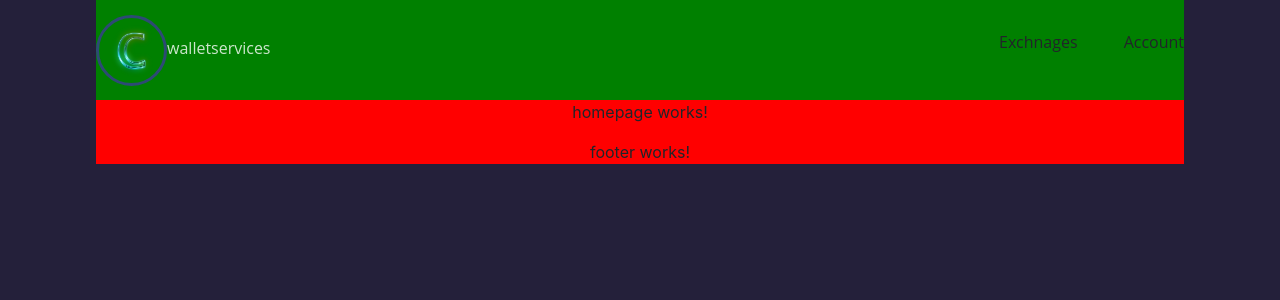
Repository: YuriyBen/Corzbank
Page: / (app in Corzbank.Web/ClientApp/)
These files come from the project's save history. The page is drawn as it stood at one moment and after the next save; the edit follows.
The browser window is 1280 px wide. The pictures show the whole page.
The project was rebuilt for these pictures with package versions that can differ from the ones it lists, and the page was loaded fresh each time. Also part of the build but not shown: Corzbank.Web/ClientApp/angular.json.

Above is the page before, as saved 2022-05-19 19:36:52.

### Corzbank.Web/ClientApp/src/index.html
<!DOCTYPE html>
<html lang="en">
  <head>
    <meta charset="utf-8" />
    <title>Corzbank.Web</title>
    <base href="/" />

    <meta name="viewport" content="width=device-width, initial-scale=1" />
    <link rel="icon" type="image/x-icon" href="favicon.ico" />
  </head>
  <body>
    <app-root>Loading...</app-root>
  </body>
</html>

### Corzbank.Web/ClientApp/src/styles.css
/* You can add global styles to this file, and also import other style files */

/* Provide sufficient contrast against white background */
a {
  color: #0366d6;
}

code {
  color: #e01a76;
}

.btn-primary {
  color: #fff;
  background-color: #1b6ec2;
  border-color: #1861ac;
}
body{
  display: block;
  text-align: -webkit-center;
  background-color: #24203A;
}
.main{
  background-color: red;
  padding: 0;
  width: 85%;
}

### Corzbank.Web/ClientApp/src/app/app.module.ts
import { BrowserModule } from '@angular/platform-browser';
import { NgModule } from '@angular/core';
import { FormsModule } from '@angular/forms';
import { HttpClientModule, HTTP_INTERCEPTORS } from '@angular/common/http';
import { RouterModule } from '@angular/router';

import { AppComponent } from './app.component';
import { HomepageComponent } from './homepage/homepage.component';
import { HeaderComponent } from './header/header.component';
import { FooterComponent } from './footer/footer.component';

@NgModule({
  declarations: [
    AppComponent,
    HomepageComponent,
    HeaderComponent,
    FooterComponent
  ],
  imports: [
    BrowserModule.withServerTransition({ appId: 'ng-cli-universal' }),
    HttpClientModule,
    FormsModule,
    RouterModule.forRoot([
      { path: '', component: HomepageComponent, pathMatch: 'full' },
    ])
  ],
  providers: [],
  bootstrap: [AppComponent]
})
export class AppModule { }

### Corzbank.Web/ClientApp/src/app/app.component.html
<body>
  <div class="main">
    <app-header></app-header>
    <router-outlet></router-outlet>
    <div class="container">
    </div>
    <app-footer></app-footer>
  </div>
</body>

### Corzbank.Web/ClientApp/src/app/homepage/homepage.component.html
<p>homepage works!</p>

### Corzbank.Web/ClientApp/src/app/header/header.component.html
<div class="header">
    <div class="left-block">
        <div class="logo">
            <img src="assets/photos/logo.png" alt="logo">
        </div>
        <p>wallet</p>
        <p>services</p>
    </div>
    <div class="right-block">
        <div class="exchange">
            <p>Exchnages</p>
        </div>
        <div class="account">
            <p>Account</p>
        </div>
    </div>
</div>

### Corzbank.Web/ClientApp/src/app/header/header.component.scss

.header{
    background-color: green;
    height: 100px;
    display: flex;
    justify-content: space-between;
    align-items: center;
    font-family: "Open Sans", sans-serif;
    font-size: 16px;
}
.left-block{
    display: flex;
    justify-content: space-between;
    width: 15%;
    align-items: baseline;
}
.right-block{
    display: flex;
    justify-content: space-between;
    width: 17%;
}
.left-block p{
    color: white;
    opacity: 80%;
}
.left-block .logo{
    background: transparent;
    border-radius: 50px;
    border: 3px solid #2D4A74;
}
.left-block img{
    width: 65px;
}

Loaded but not shown: Corzbank.Web/ClientApp/src/main.ts (common file); Corzbank.Web/ClientApp/src/environments/environment.ts (common file); Corzbank.Web/ClientApp/src/app/app.component.ts (common file); Corzbank.Web/ClientApp/src/app/homepage/homepage.component.ts (common file); Corzbank.Web/ClientApp/src/app/header/header.component.ts (common file); Corzbank.Web/ClientApp/src/app/footer/footer.component.ts (common file); Corzbank.Web/ClientApp/src/app/footer/footer.component.html (common file); Corzbank.Web/ClientApp/src/app/footer/footer.component.scss (no stored copy; drawn as an empty file); Corzbank.Web/ClientApp/src/app/homepage/homepage.component.scss (no stored copy; drawn as an empty file)

After the next save:
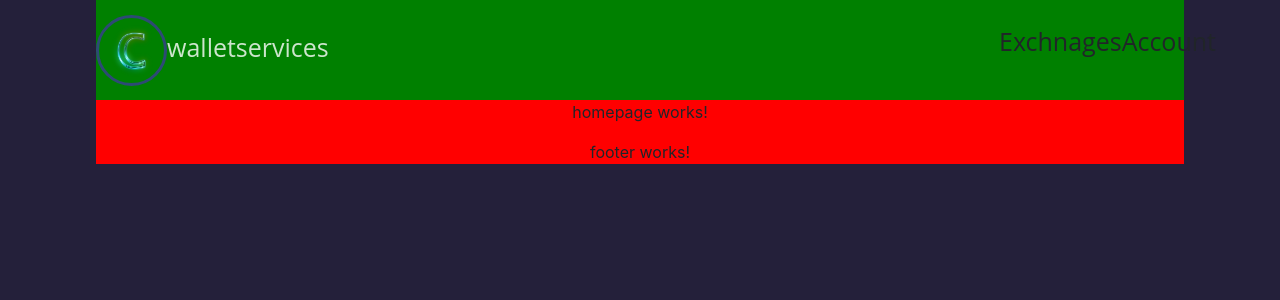
Saved 35 s later.
--- a/Corzbank.Web/ClientApp/src/app/header/header.component.scss
+++ b/Corzbank.Web/ClientApp/src/app/header/header.component.scss
@@ -6,7 +6,7 @@
     justify-content: space-between;
     align-items: center;
     font-family: "Open Sans", sans-serif;
-    font-size: 16px;
+    font-size: 25px;
 }
 .left-block{
     display: flex;
